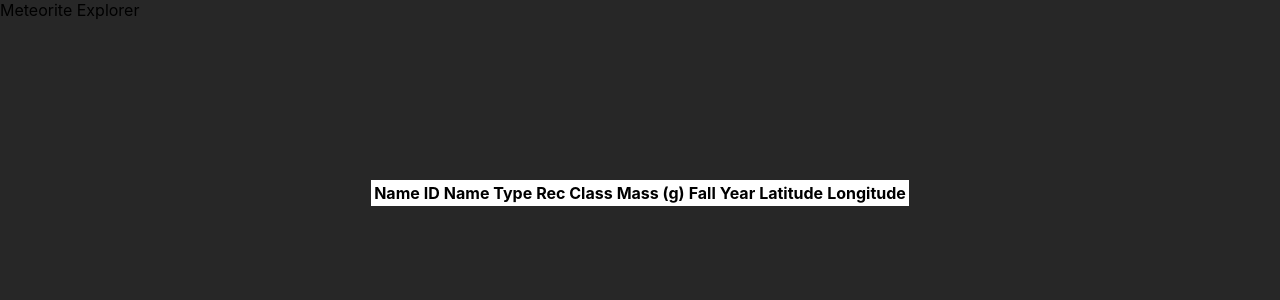
Repository: Tsardines/meteorite-explorer
Page: / (app in meteorite-explorer/)
These files come from the project's save history. The page is drawn as it stood at one moment and after the next save; the edit follows.
The browser window is 1280 px wide. The pictures show the whole page.
The page's requests for data from a server got no answer. The project was rebuilt for these pictures with package versions that can differ from the ones it lists, and the page was loaded fresh each time. No one was signed in, and anything a server would have sent is missing.

Above is the page before, as saved 2019-05-27 16:40:09.

After the next save:
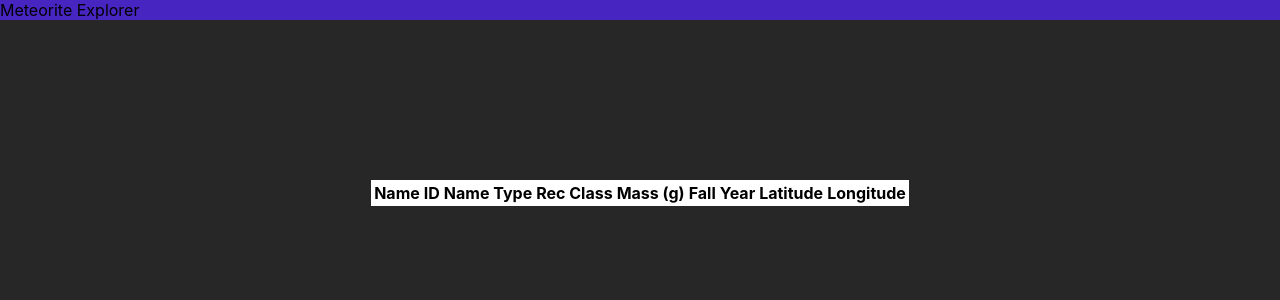
Saved 39 s later.
--- a/meteorite-explorer/src/App.js
+++ b/meteorite-explorer/src/App.js
@@ -33,7 +33,7 @@ componentWillMount() {
 
 
       <div className="wrapper">
-      <div className="header">Meteorite Explorer</div>
+        <div className="header">Meteorite Explorer</div>
         <table className="my-table">
           <thead>
             <th>Name</th>
--- a/meteorite-explorer/src/App.css
+++ b/meteorite-explorer/src/App.css
@@ -1,5 +1,9 @@
 body {
   background-color: rgb(39, 39, 39);
+}
+
+.header {
+  background-color: rgb(71, 37, 192);
 }
 
 .wrapper {
